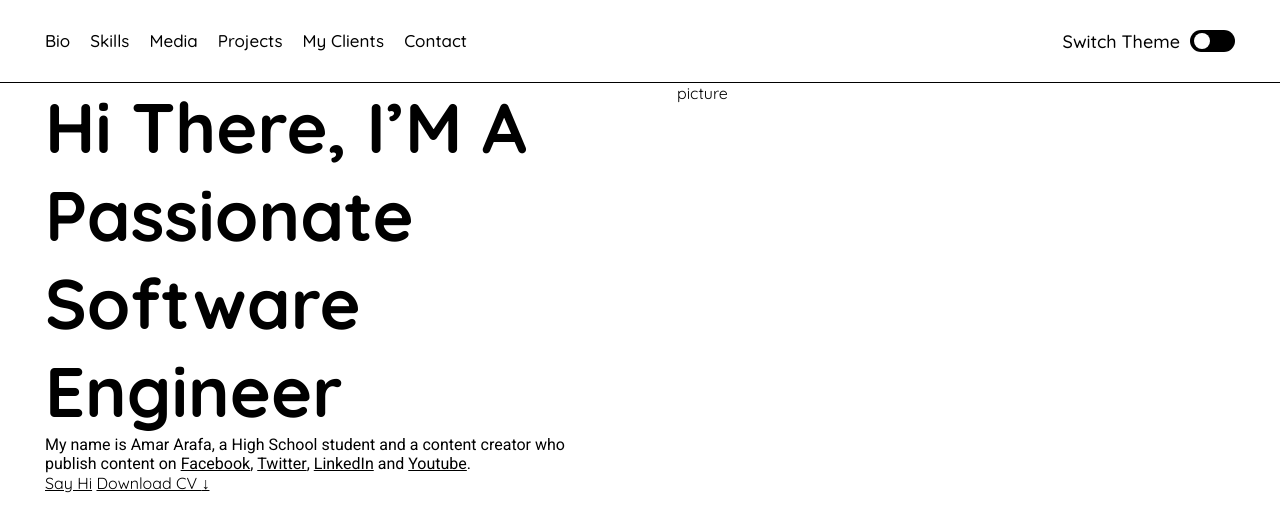
Repository: benarafa1/personal-website
Page: index.html
An editor plug-in stored every save of this project. The page is shown before and after the next save, followed by the edit.
The browser window is 1280 px wide. The pictures show the whole page.

Above is the page before, as saved 2025-04-12 07:28:38.

After the next save:
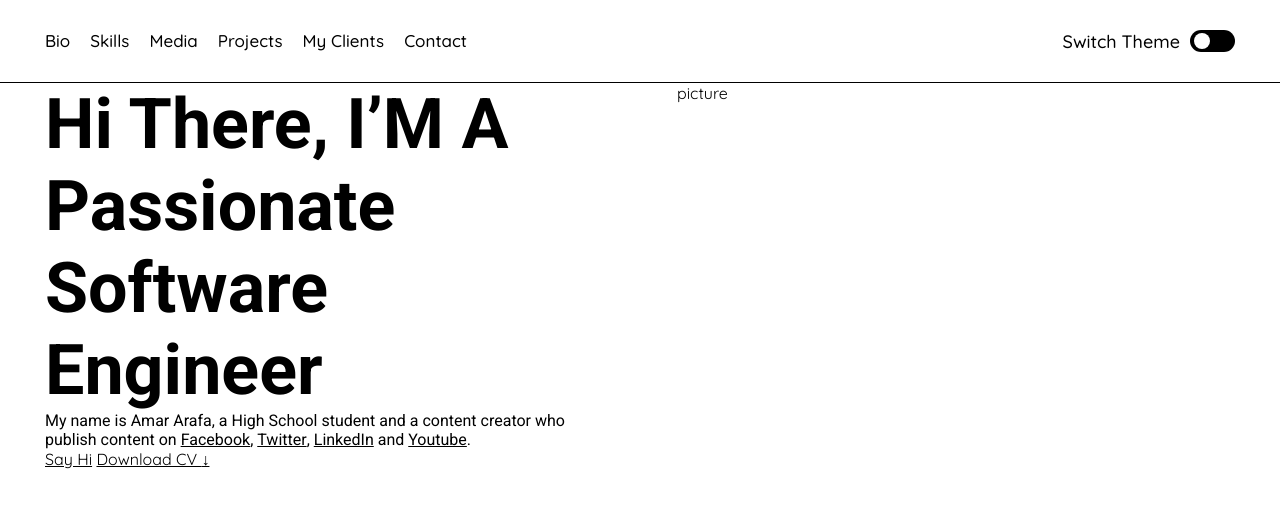
Saved 47 s later.
--- a/style.css
+++ b/style.css
@@ -16,7 +16,7 @@
   --color-box-img: var(--color-black);
   --color-link-bg: var(--color-black);
   --color-input-border: var(--color-black);
-  --font-family-Roboto: "Roboto";
+  --font-family-Roboto: "Roboto", sans-serif;
   --font-family-Quicksand: "Quicksand", sans-serif;
   --font-weight-regular: 400;
   --font-weight-medium: 500;
@@ -163,10 +163,11 @@ html {
 }
 
 .bio__heading {
+  font-family: var(--font-family-Roboto);
   font-size: var(--font-size-70);
   font-weight: var(--font-weight-bold);
 }
 .bio__objective {
-  font-family: "Roboto", sans-serif;
+  font-family: var(--font-family-Roboto);
 }
 /* bio component end */
